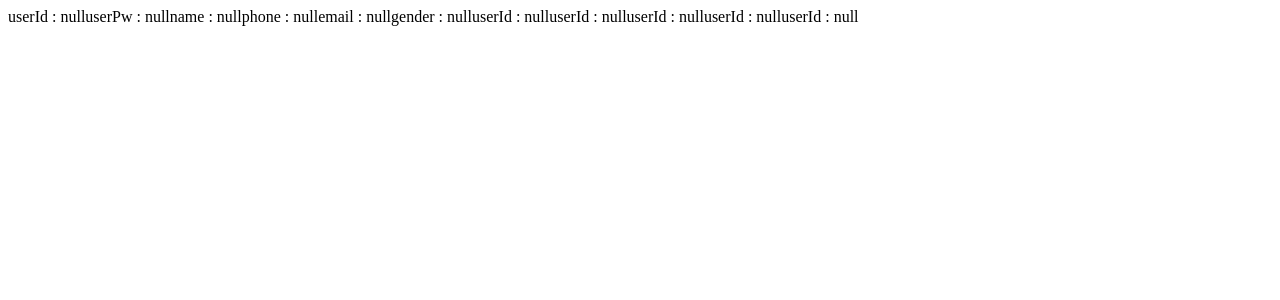
Repository: Pen-nek/Java_original
Page: http://localhost/JspBook/exaddmember/processAddMember.jsp
An editor plug-in stored every save of this project. The page is shown before and after the next save, followed by the edit.
The browser window is 1280 px wide. The pictures show the whole page.
The page is served by Tomcat 9. Nobody is signed in. The application's start-up code is not run. Other server files are loaded and not shown.

Above is the page before, as saved 2019-08-22 08:00:54.

### JspBook/WebContent/exaddmember/processAddMember.jsp
<%@ page contentType="text/html; charset=utf-8"%>
<%@ page import="java.util.*"%>
<title></title>

<%
	request.setCharacterEncoding("UTF-8");

	String userId = request.getParameter("userId");
	String userPw = request.getParameter("userPw");
	String name = request.getParameter("name");
	String phone = request.getParameter("phone");
	String email = request.getParameter("email");
	String gender = request.getParameter("gender");
	String birthDate = request.getParameter("birthDate");
	String addr = request.getParameter("addr");
	String addr2 = request.getParameter("addr2");
	String addr3 = request.getParameter("addr3");
	String registDate = request.getParameter("registDate");

	out.print("userId : " + userId);
	out.print("userPw : " + userPw);
	out.print("name : " + name);
	out.print("phone : " + phone);
	out.print("email : " + email);
	out.print("gender : " + gender);
	out.print("userId : " + userId);
	out.print("userId : " + userId);
	out.print("userId : " + userId);
	out.print("userId : " + userId);
	out.print("userId : " + userId);
%>

After the next save:
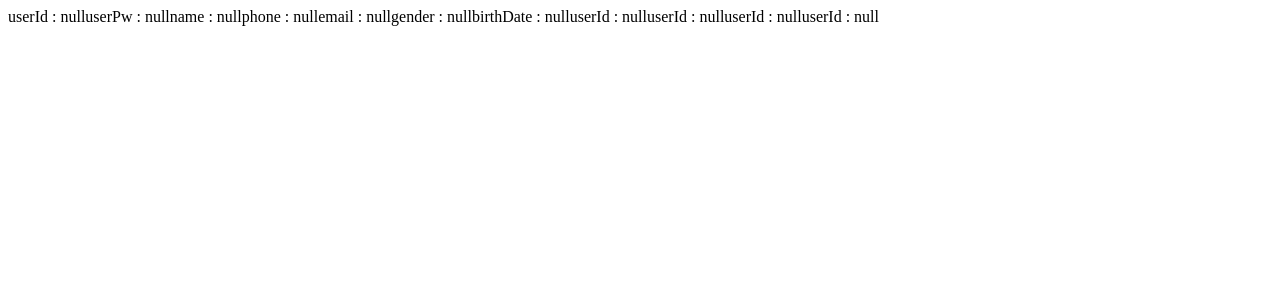
Saved 38 s later.
--- a/JspBook/WebContent/exaddmember/processAddMember.jsp
+++ b/JspBook/WebContent/exaddmember/processAddMember.jsp
@@ -23,7 +23,7 @@
 	out.print("phone : " + phone);
 	out.print("email : " + email);
 	out.print("gender : " + gender);
-	out.print("userId : " + userId);
+	out.print("birthDate : " + birthDate);
 	out.print("userId : " + userId);
 	out.print("userId : " + userId);
 	out.print("userId : " + userId);
